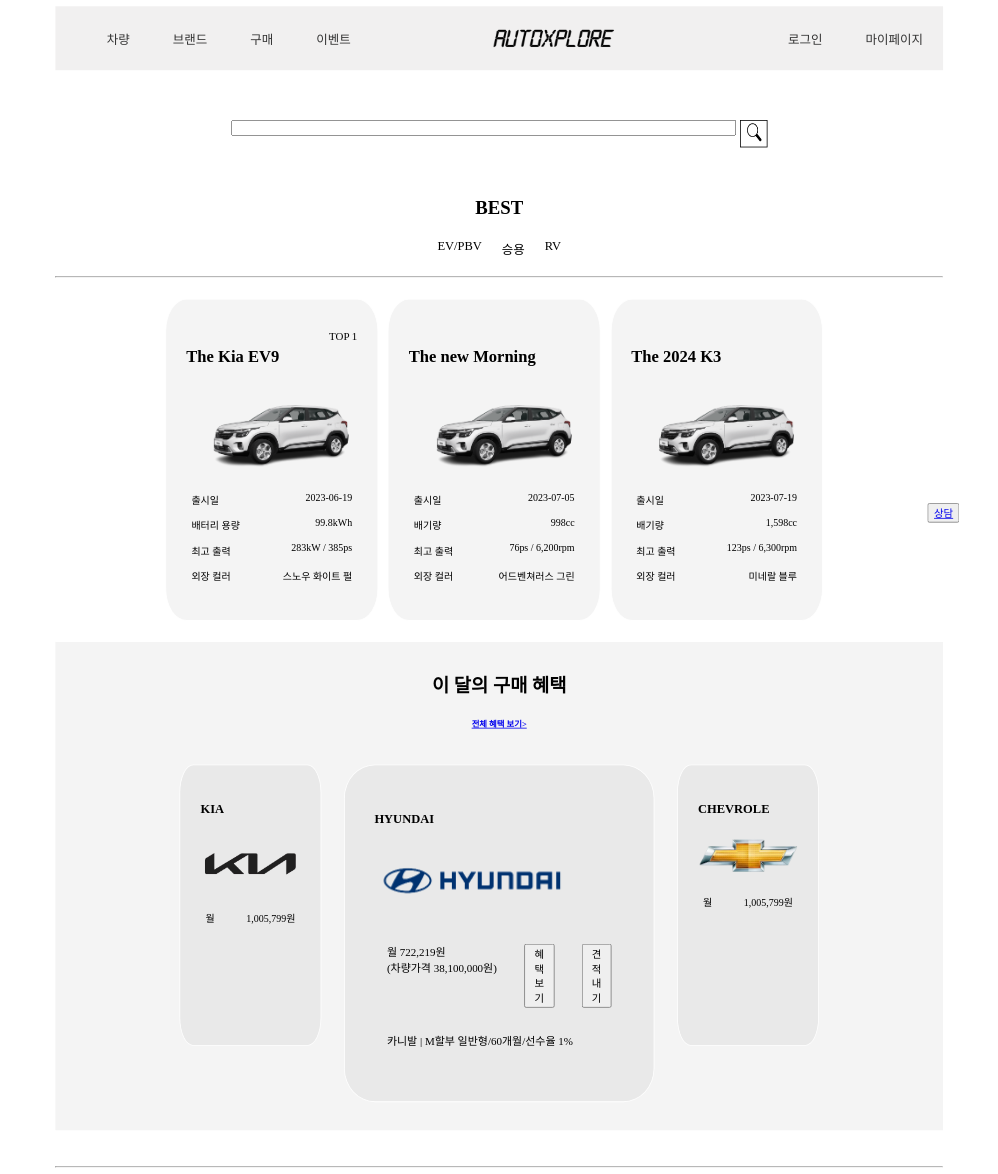
Repository: Autoxplore/Autoxplore
Page: mainPage.html
An editor plug-in stored every save of this project. The page is shown before and after the next save, followed by the edit.
The browser window is 1280 px wide. The pictures show the part of the page from y = 0 to 1505 px (the page is 2537 px tall before and 2499 px after), at 78% of full size.
A picture or video elsewhere on the page could not be fetched, so the positions and the page height are approximate.

Above is the page before, as saved 2023-08-03 15:56:03.

After the next save:
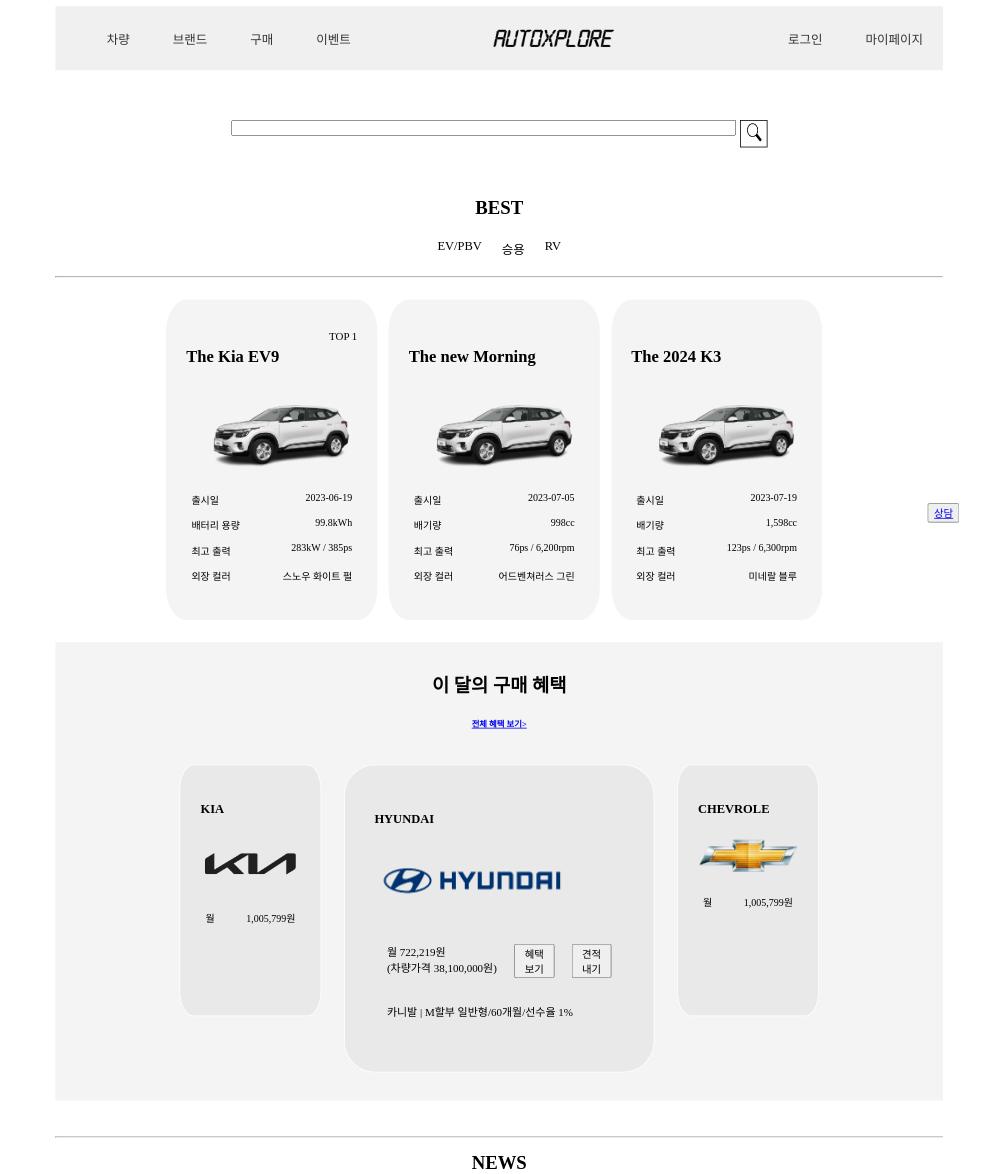
Saved 4 s later.
--- a/harin_css/mainPage.css
+++ b/harin_css/mainPage.css
@@ -276,7 +276,7 @@
     }
 
     .carContent3 button{
-        width: 3vw;
+        width: 4vw;
     }
 
     /* news 섹션 */
